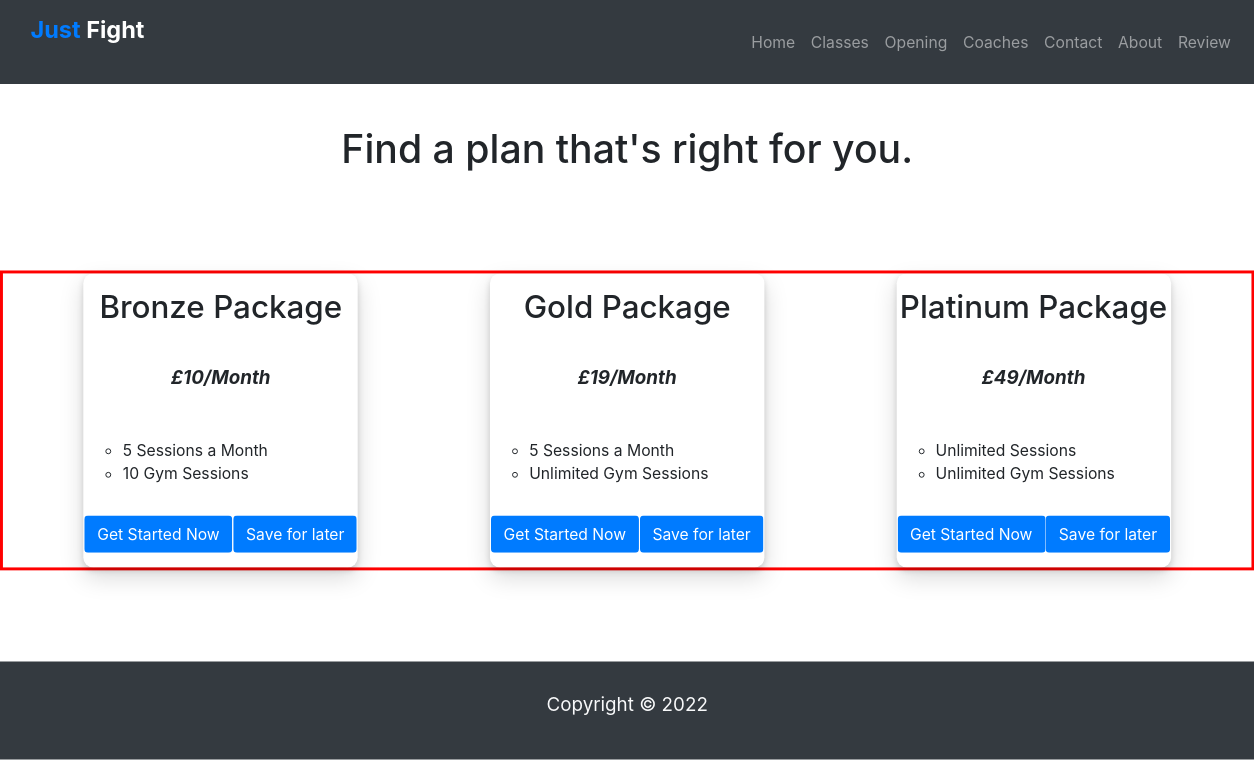
Repository: IonPara/Just-Fight
Page: plans.html
An editor plug-in stored every save of this project. The page is shown before and after the next save, followed by the edit.
The browser window is 1280 px wide. The pictures show the whole page, at 98% of full size.
Some web libraries are served in a nearby version.

Above is the page before, as saved 2023-03-13 16:33:34.

### plans.html
<!DOCTYPE html>
<html lang="en">

<head>
  <meta charset="utf-8">
  <meta name="viewport" content="width=device-width, initial-scale=1.0">
  <title>Join Club</title>
  <link href="./Styles/plans.css" rel="stylesheet" type="text/css">
  <!-- Bootstrap link -->
  <link rel="stylesheet" href="https://cdn.jsdelivr.net/npm/bootstrap@4.2.1/dist/css/bootstrap.min.css"
    integrity="sha384-GJzZqFGwb1QTTN6wy59ffF1BuGJpLSa9DkKMp0DgiMDm4iYMj70gZWKYbI706tWS" crossorigin="anonymous">
</head>

<body>
  <header>
    <!-- ------------Nav bar ------------------------>
    <nav class="navbar navbar-expand-lg navbar-dark bg-dark fixed-top">
      <div class="container pb-4">
        <a class="navbar-brand " id="brand" href="./index.html"><span class="text-primary">Just </span> Fight</a>
        <button class="navbar-toggler" type="button" data-toggle="collapse" data-target="#navbarSupportedContent"
          aria-controls="navbarSupportedContent" aria-expanded="false" aria-label="Toggle navigation">
          <span class="navbar-toggler-icon"></span>
        </button>
      </div>

      <div class="collapse navbar-collapse" id="navbarSupportedContent">
        <ul class="navbar-nav justify-content-end">
          <li class="nav-item">
            <a class="nav-link" href="./index.html">Home</a>
          </li>
          <li class="nav-item">
            <a class="nav-link" href="./index.html#ourClasses">Classes</a>
          </li>
          <li class="nav-item">
            <a class="nav-link" href="./index.html#openingHours">Opening</a>
          </li>
          <li class="nav-item">
            <a class="nav-link" href="./index.html#coaches">Coaches</a>
          </li>
          <li class="nav-item">
            <a class="nav-link" href="./index.html#contact">Contact</a>
          </li>
          <li class="nav-item">
            <a class="nav-link" href="./about.html">About</a>
          </li>
          <li class="nav-item">
            <a class="nav-link" href="./review.html">Review</a>
          </li>

        </ul>
      </div>
    </nav>
  </header>

  <!-- Plans -->
  <section class="pricing-table">
    <div class="head text-center">
      <h1 class="plans-title pt-5">Find a plan that's right for you.</h1>
    </div>
    <!-- First Box -->
    <div class="mt-5">
      <ul class="container plans">
        <li class="package">
          <h2 class="table-header">Bronze Package</h2>
          <p class="pricing text-center">£10/Month</p>
          <ul class="table-option">
            <li>5 Sessions a Month</li>
            <li>10 Gym Sessions</li>
          </ul>

          <div class="d-flex buttons-container">
            <button type="button" class="btn  bg-primary text-white">Get Started Now</button>
            <button type="button" class="bronze btn bg-primary text-white save-for-later">Save for later</button>
          </div>
        </li>

        <!-- Second -->
        <li class="package ">
          <h2 class="table-header">Gold Package</h2>
          <p class="pricing text-center">£19/Month</p>
          <ul class="table-option">
            <li>5 Sessions a Month</li>
            <li>Unlimited Gym Sessions</li>
          </ul>

          <div class="d-flex buttons-container">
            <button type="button" class=" btn  bg-primary text-white">Get Started Now</button>
            <button type="button" class=" gold btn bg-primary text-white save-for-later">Save for later</button>
          </div>
        </li>

        <!-- Third Box -->
        <li class="package ">
          <h2 class="table-header">Platinum Package</h2>
          <p class="pricing text-center">£49/Month</p>
          <ul class="options">
            <li>Unlimited Sessions</li>
            <li>Unlimited Gym Sessions</li>
          </ul>

          <div class="d-flex buttons-container">
            <button type="button" class="btn  bg-primary text-white">Get Started Now</button>
            <button type="button" class=" platinum btn bg-primary text-white save-for-later">Save for later</button>
          </div>
        </li>

      </ul>
    </div>
  </section>
  <!-- Footer -->
  <footer class="bg-dark text-center text-light mt-5">
    <p>Copyright &copy; 2022</p>
  </footer>
  <script defer src="./Js/plans.js"></script>
  <script src="https://code.jquery.com/jquery-3.3.1.slim.min.js"
    integrity="sha384-q8i/X+965DzO0rT7abK41JStQIAqVgRVzpbzo5smXKp4YfRvH+8abtTE1Pi6jizo"
    crossorigin="anonymous"></script>
  <script src="https://cdn.jsdelivr.net/npm/popper.js@1.14.6/dist/umd/popper.min.js"
    integrity="sha384-wHAiFfRlMFy6i5SRaxvfOCifBUQy1xHdJ/yoi7FRNXMRBu5WHdZYu1hA6ZOblgut"
    crossorigin="anonymous"></script>
  <script src="https://cdn.jsdelivr.net/npm/bootstrap@4.2.1/dist/js/bootstrap.min.js"
    integrity="sha384-B0UglyR+jN6CkvvICOB2joaf5I4l3gm9GU6Hc1og6Ls7i6U/mkkaduKaBhlAXv9k"
    crossorigin="anonymous"></script>
  <script src="https://unpkg.com/swup@latest/dist/swup.min.js"></script>
</body>

</html>

### Styles/plans.css

#brand {
  font-size: 1.5rem;
  font-weight: bolder;
}

.container {
  display: flex;
  justify-content: space-around;
  list-style: none;
}

.plans {
  margin-top: 100px;
  min-width: 100%;
  flex-wrap: wrap;
  border: solid red;
}

 .pricing-table {
  margin-top: 5rem;
  height: 76vh;
}

/* ------------Package boxes ----------------*/
.package {
  box-shadow: 0 10px 25px 0 rgb(0 0 0 / 15%), 0 3px 7px 0 rgb(0 0 0 / 15%);
  width: 280px;
  height: 300px;
  display: flex;
  flex-direction: column;
  justify-content: space-around;
  border-radius: 10px;

}

h2 {
  text-align: center;
}

.package .pricing {
  font-size: larger;
  font-weight: bold;
  font-style: italic;
}

.package:hover {
  -webkit-transform: scale(0.5);
   transform: scale(1.05);
}

/*----------------- Footer---------------------- */
footer p {
  position: relative;
  padding: 30px;
  font-size: larger;
  height: 100px;
}

.buttons-container {
  justify-content: space-evenly;
}

/* Media Screen */
@media screen and (max-width:768px) {

  .plans-title {
    font-size: 2rem;
  }
  .container {
    display: block;
  }

  .package {
    margin-top: 10px;
    width: 100%;
    height: 200px;
  }

  .pricing-table {
    height: 90vh;
  }
}

### Js/plans.js

// Select all of the buttons
const saveBtn = document.querySelectorAll('.save-for-later');

let bronze = true;
let gold = true;
let platinum = true;

// Create an event listener for each button
saveBtn.forEach(element => {
    element.addEventListener('click', (event) => {
        const package = event.target.classList[0];

        // Create a function that will set the items from the local storage to true
            // It will take 2 arguments "string" and "item"
            // If the first class name of the event's target is equal "string"
            // Find it on localStorage and set equal to "item"
        const setItems = (string, item) => {
            if(package === string) {
                localStorage.setItem(package, JSON.stringify(item))
            }
        }

        // Called the function with all 3 values
        setItems('bronze', bronze);
        setItems('gold', gold);
        setItems('platinum', platinum);

        // Create an alert that the package was successfully added
        alert('The package was successfully saved!')
    })
});

After the next save:
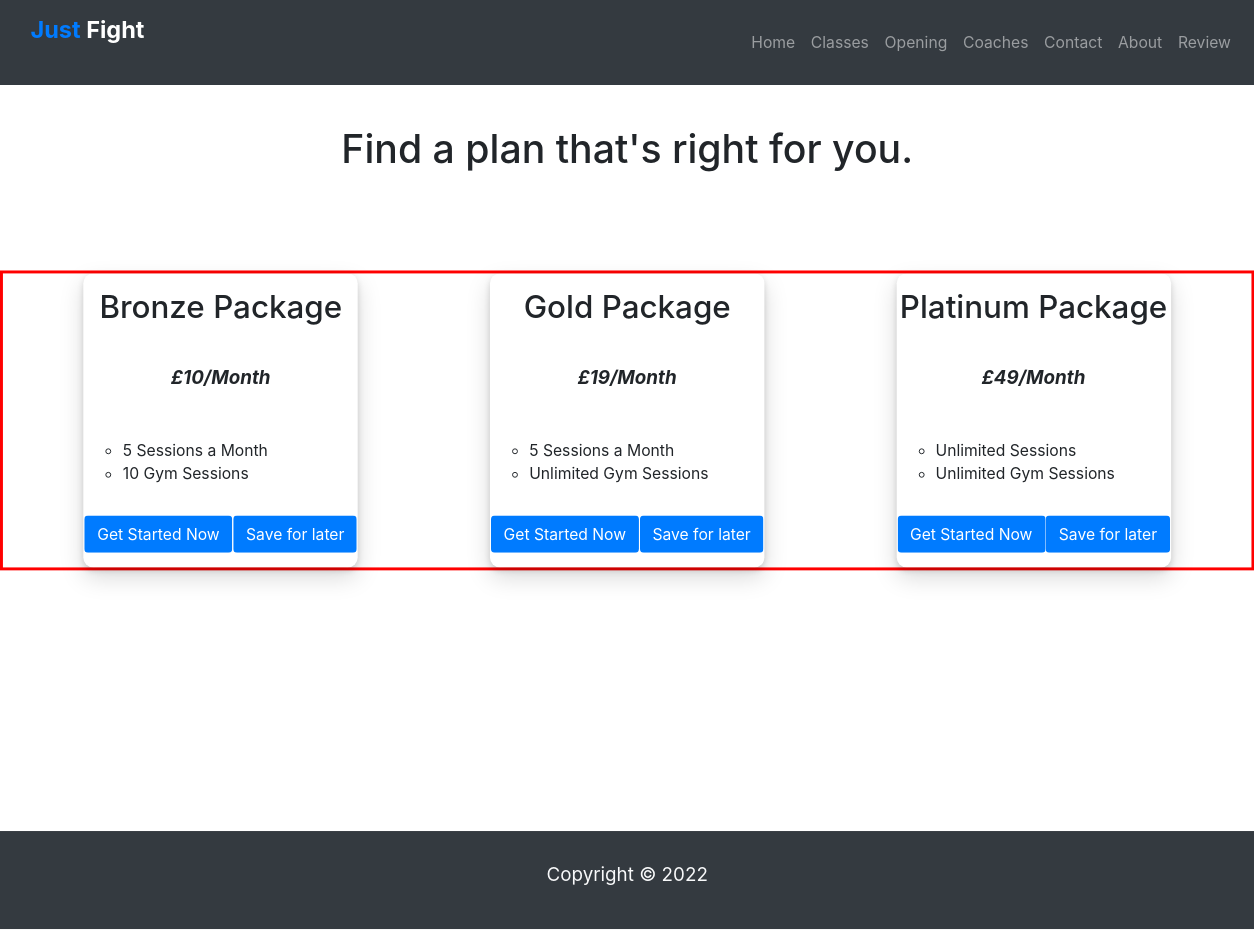
Saved 53 s later.
--- a/Styles/plans.css
+++ b/Styles/plans.css
@@ -19,7 +19,7 @@
 
  .pricing-table {
   margin-top: 5rem;
-  height: 76vh;
+  min-height: 100dvh;
 }
 
 /* ------------Package boxes ----------------*/
